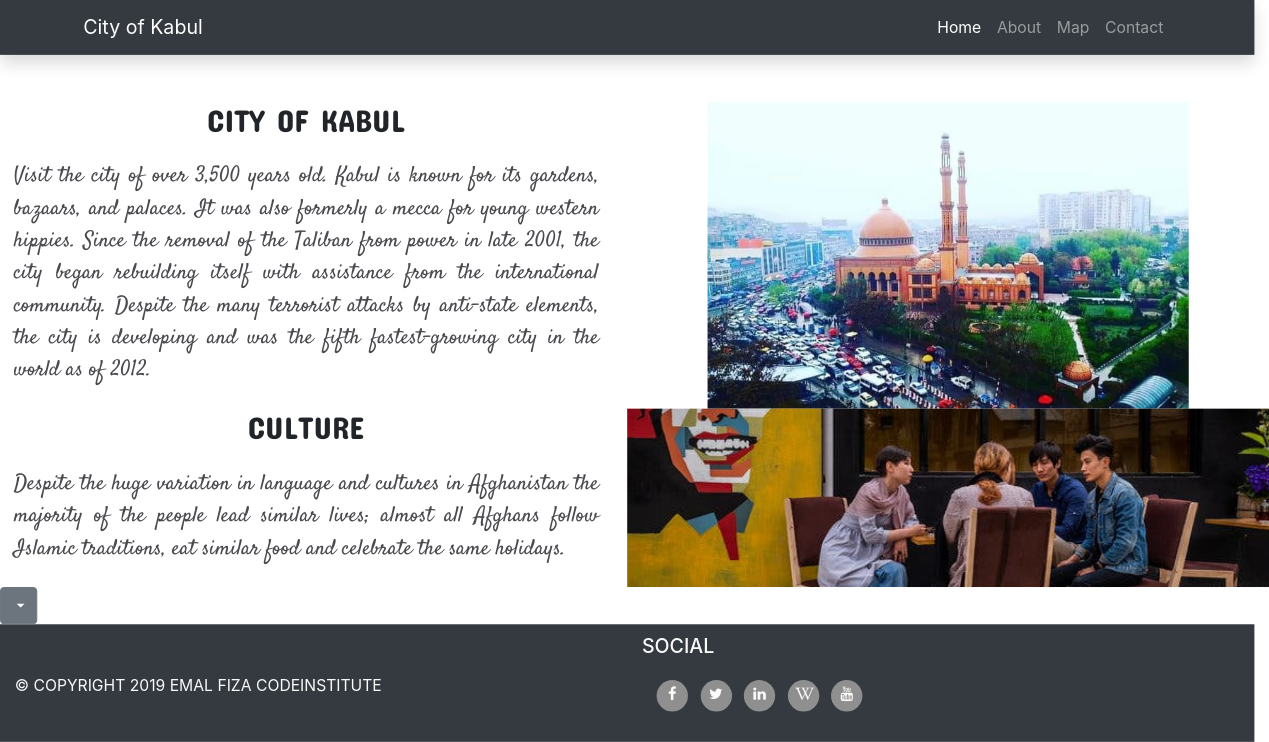
Repository: emalfiza/project-kabul
Page: about.html
The author's editor kept a record of every edit. The page is drawn from the files as they stood at one moment, then again after the next edit.
The browser window is 1280 px wide. The page is 1295 px wide, so the pictures cover 1295 px, including what lies to the right of the window. The pictures show the whole page, at 98% of full size.

Above is the page before.

After the next edit:
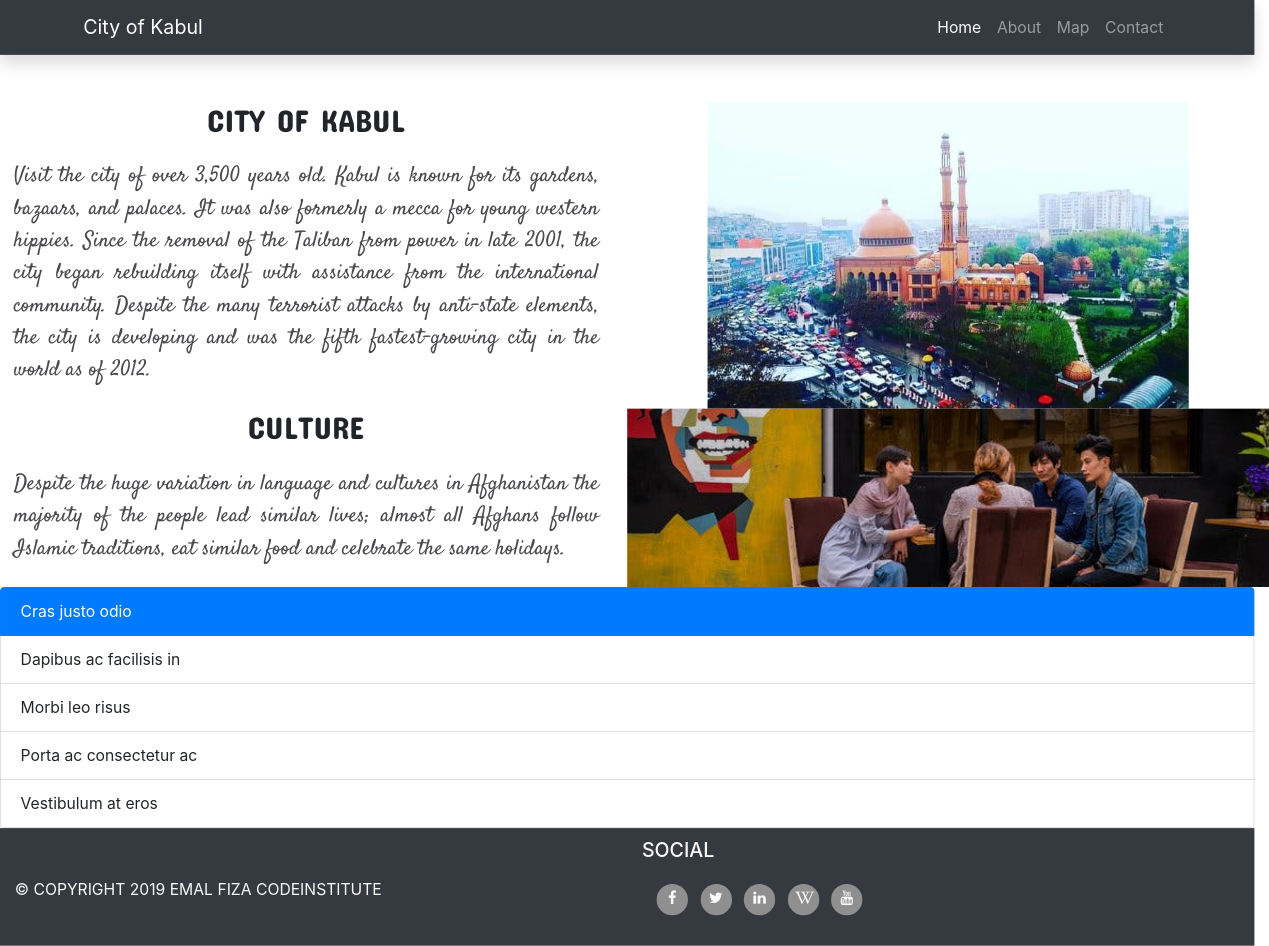
The edit:
--- a/about.html
+++ b/about.html
@@ -75,17 +75,13 @@
   </section>
   <section>
 
-    <div class="dropdown">
-      <button class="btn btn-secondary dropdown-toggle" type="button" id="dropdownMenuButton" data-toggle="dropdown" aria-haspopup="true" aria-expanded="false">
-      </button>
-      <div class="dropdown-menu" aria-labelledby="dropdownMenuButton">
-        <ul>
-        <a class="dropdown-item" href="#">Action</a>
-        <a class="dropdown-item" href="#">Another action</a>
-        <a class="dropdown-item" href="#">Something else here</a>
-        </ul>
-      </div>
-    </div>
+   <ul class="list-group">
+  <li class="list-group-item active">Cras justo odio</li>
+  <li class="list-group-item">Dapibus ac facilisis in</li>
+  <li class="list-group-item">Morbi leo risus</li>
+  <li class="list-group-item">Porta ac consectetur ac</li>
+  <li class="list-group-item">Vestibulum at eros</li>
+  </ul>
 
   </section>
 
